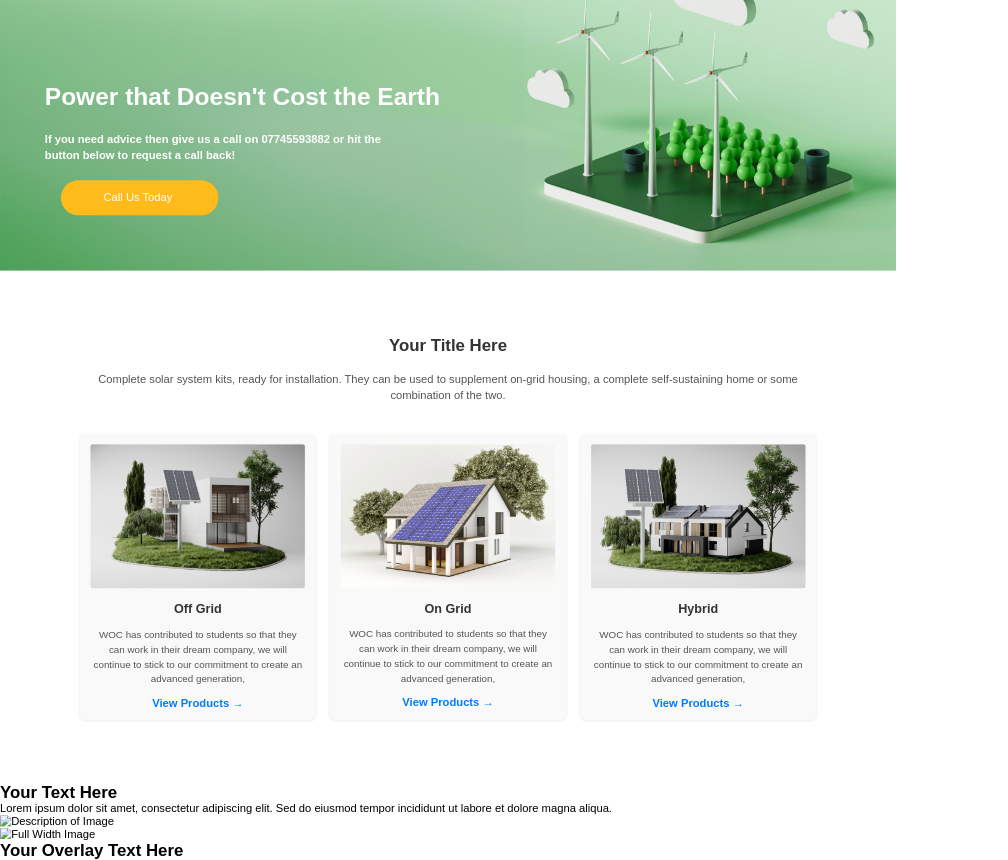
Repository: MaramNabil872/Landing-Page
Page: landingPage.html
An editor plug-in stored every save of this project. The page is shown before and after a run of saves, followed by the edit.
The browser window is 1280 px wide. The page is 1280 px wide, then 1440 px, so the pictures cover 1440 px, including what lies to the right of the window. The pictures show the part of the page from y = 1491 to 3211 px (the page is 2720 px tall before and 3211 px after), at 70% of full size.

Above is the page before, as saved 2024-10-20 22:12:16.
Not found: your-full-width-image.jpg
Not found: your-image.jpg

### landingPage.html
<!DOCTYPE html>
<html lang="en">
    <head>
        <meta charset="UTF-8" />
        <meta name="viewport" content="width=device-width, initial-scale=1.0" />
        <title>Landing Page</title>
        <link rel="stylesheet" href="landingPage.css" />
    </head>
    <body>
        <nav class="navbar">
            <div class="logo">MyLogo</div>

            <ul class="nav-links">
                <li><a href="#home">Home</a></li>
                <li><a href="#about">About</a></li>
                <li><a href="#services">Services</a></li>
                <li><a href="#contact">Contact</a></li>
            </ul>
            <div class="call">
                <p>call us</p>
                <h3>+2 01017345</h3>
            </div>
        </nav>

        <div class="image-container">
            <img
                src="images/solar-panels-meadow 1.png"
                alt="Background Image"
                class="background-image"
            />
            <div class="main-text">
                <h2 class="text-wallpaper">
                    Solar Panel Installers <br />
                    In Plymouth
                </h2>
                <br />
                <p class="text-paragraph">
                    Fueled is an award-winning technology consultancy that
                    transforms <br />
                    businesses by generating ideas, building products, and
                    accelerating<br />
                    growth.
                </p>
                <div class="button-container">
                    <button class="button-wallpaper1">Call Us Today</button>
                    <button class="button-wallpaper2">
                        Requst a call back
                    </button>
                </div>
            </div>
        </div>

        <!-- first container -->

        <div class="container1">
            <div class="text-container1">
                <p class="title-container1">
                    The Friendliest Installers <br />in the South-West
                </p>
                <p class="paragraph-container1">
                    At Solidarity Solar our aims are to help our customers
                    towards a sustainable future and genuinely care about the
                    quality of products we use for our installs. We never sell
                    you equipment you don't need and will always advise to the
                    best of our ability, No hard sell or pushy sales tactics
                    ever. We take pride in our work and do our best to make sure
                    that we meet, or exceed, our customers' expectations.
                </p>
                <div class="last-container1">
                    <p>
                        <span class="number-container1">01/ </span>Collaborate
                        with 100+ leading
                    </p>
                    <p>
                        <span class="number-container1">02/ </span> 100+ leading
                        universities and companies
                    </p>
                    <p>
                        <span class="number-container1">03/ </span> leading
                        universities and companies
                    </p>
                    <p>
                        <span class="number-container1">04/ </span> universities
                        and companies
                    </p>
                </div>
            </div>
            <div class="image-container1">
                <img src="images/Rectangle 30.png" alt="solar" />
            </div>
        </div>

        <!-- second section -->

        <div class="section2">
            <img src="images/middle.png" alt="img" />
            <div class="main-text">
                <h2 class="section2-text">Power that Doesn't Cost the Earth</h2>
                <h6 class="section2-paragraph">
                    If you need advice then give us a call on 07745593882 or hit
                    the <br />
                    button below to request a call back!
                </h6>
                <button class="button-wallpaper2">Call Us Today</button>
            </div>
        </div>

        <!-- third section -->

        <div class="white-container">
            <h2 class="title">Your Title Here</h2>
            <p class="text">
                Complete solar system kits, ready for installation. They can be
                used to supplement on-grid housing, a complete self-sustaining
                home or some combination of the two.
            </p>

            <div class="card-container">
                <div class="card">
                    <img src="images/1.png" alt="Image 2" class="card-image" />
                    <h3 class="card-title">Off Grid</h3>
                    <p class="card-text">
                        WOC has contributed to students so that they can work in
                        their dream company, we will continue to stick to our
                        commitment to create an advanced generation,
                    </p>
                    <a href="#" class="card-link">View Products →</a>
                </div>
                <div class="card">
                    <img
                        src="images/solar-panels-meadow 2 (1).png"
                        alt="Image 3"
                        class="card-image"
                    />
                    <h3 class="card-title">On Grid</h3>
                    <p class="card-text">
                        WOC has contributed to students so that they can work in
                        their dream company, we will continue to stick to our
                        commitment to create an advanced generation,
                    </p>
                    <a href="#" class="card-link">View Products →</a>
                </div>
                <div class="card">
                    <img
                        src="images/solar-panels-meadow 3.png"
                        alt="Image 1"
                        class="card-image"
                    />
                    <h3 class="card-title">Hybrid</h3>
                    <p class="card-text">
                        WOC has contributed to students so that they can work in
                        their dream company, we will continue to stick to our
                        commitment to create an advanced generation,
                    </p>
                    <a href="#" class="card-link">View Products →</a>
                </div>
            </div>
        </div>

        <!-- forth section -->

        <div class="container">
            <div class="text-section">
                <h2>Your Text Here</h2>
                <p>Lorem ipsum dolor sit amet, consectetur adipiscing elit. Sed do eiusmod tempor incididunt ut labore et dolore magna aliqua.</p>
            </div>
            <div class="image-section">
                <img src="your-image.jpg" alt="Description of Image">
            </div>
        </div>

        <div class="full-width-image">
            <img src="your-full-width-image.jpg" alt="Full Width Image">
            <div class="overlay-text">
                <h2>Your Overlay Text Here</h2>
            </div>
        </div>

    </body>
</html>

### landingPage.css
* {
    margin: 0;
    padding: 0;
    box-sizing: border-box; /* Added for consistent sizing */
}

body {
    font-family: Arial, sans-serif;
}
@media (max-width: 480px) {
    .text-overlay {
        font-size: 1.2rem; /* Even smaller text size for very small screens */
    }

    .call h3 {
        font-size: 1.2rem; /* Adjust call size for small screens */
    }
}
@media (max-width: 768px) {
    .navbar {
        flex-direction: column; /* Stack items vertically */
        align-items: flex-start; /* Align items to the left */
    }

    .nav-links {
        margin-top: 10px; /* Space between navbar and links */
    }

    .nav-links li {
        margin-left: 0;
        margin-bottom: 10px; /* Space between links */
    }

    .text-overlay {
        font-size: 1.5rem; /* Smaller text size for mobile */
    }
}


.navbar {
    background-color: #0b9586;
    display: flex;
    justify-content: space-between;
    align-items: center;
    padding: 10px 20px;
    position: relative;
    flex-wrap: wrap; /* Allow items to wrap on smaller screens */
}

.logo {
    color: #fff;
    font-size: 24px;
}

.nav-links {
    list-style: none;
    display: flex;
    flex-wrap: wrap; /* Allow links to wrap on smaller screens */
}

.nav-links li {
    margin-left: 20px;
}

.nav-links a {
    text-decoration: none;
    color: white;
    font-size: 18px;
    transition: color 0.3s;
}

.nav-links a:hover {
    color: #f0a500;
}

.call {
    color: #fff;
    text-align: right; /* Align text to the right */
}

.image-container {
    position: relative;
    width: 100%;
    height: 100vh;
    overflow: hidden;
}

.background-image {
    width: 100%;
    height: 100%;
    object-fit: cover;
}
.main-text{
    position: absolute;
    top: 40%;
    left:5%;
}
.text-wallpaper {


    color: white;
    font-size: 52px;
    font-weight: bold;
    text-shadow: 2px 2px 4px rgba(0, 0, 0, 0.5);
}
.text-paragraph{
    color: white;
    font-size:  20px;

}
.button-container{
    display: flex;
}
.button-wallpaper1 {
    background-color: #0b9586;
    color: white;
    border: none;
    border-radius: 20em;
    padding: 0.8em 1.5em 0.8em 1.2em;
    width: 40%;
    margin: 4%;
    height: 50px;
    font-size: 16px;
    cursor: pointer;
    align-items: center;

}
.button-wallpaper2 {
    background-color:  #FFBB1C;
    ;
    color: white;
    border: none;
    border-radius: 20em;
    padding: 0.8em 1.5em 0.8em 1.2em;
    width: 40%;
    margin: 4%;
    height: 50px;
    font-size: 16px;
    cursor: pointer;
    align-items: center;

}

.container1 {
    display: flex;
    background-color: white;
    padding-top: 10%;
    border-radius: 8px;
    max-width: 1200px;
    margin: 20px auto;


}
.title-container1{
    font-size: 40px;
    font-weight: bold;


}
.text-container1 {
   flex:1;
    padding-right:5%;
padding-left: 5%;}
.paragraph-container1{
    margin-top: 5%;
    line-height: 1.3;
}

.last-container1{
    font-size: 20px;
    font-weight: bold;
    padding-top: 10%;
    line-height: 1.6;
    .number-container1{
        color:#84BD3A;
        ;
    }
}
.image-container1 {
   flex:1
}

.image-container1 img {
    width: 75%;
    height: auto;
    border-radius: 8px;
}


.section2 {
    position: relative;
    width: 100%;
    overflow: hidden;
}

.section2 img {
    width: 100%;
    height: auto; }

.section2-text {
font-size: 35px;
    color: white;

}
.section2-paragraph{
    padding-top: 5%;
    line-height: 1.5;

    font-size: 16px;
    color: white;
}

/* third section */
.white-container {
    background-color: white;
    padding: 5%;
    max-width: 1200px;
    margin: 2% auto;
}

.title {
    margin-bottom: 2%;
    font-size: 24px;
    color: #333;
    text-align: center;

}

.text {
    margin-bottom: 2%;
    font-size: 16px;
    color: #555;
    line-height: 1.5;
    text-align: center;
}

.card-container {
    display: flex;
    justify-content: space-between;
    margin-top: 4%;
}

.card {
    background-color: #f9f9f9;
    border-radius: 8px;
    box-shadow: 0 1px 4px rgba(0, 0, 0, 0.1);
    padding: 15px;
    text-align: center;
    flex: 1;
    margin: 0 10px;
}

.card-image {
    width: 100%;
    height: auto;
    border-radius: 4px;
}

.card-title {
    font-size: 18px;
    color: #333;
    margin-top: 5%;

}

.card-text {
    font-size: 14px;
    color: #555;
    margin-top: 5%;
    margin-bottom: 5%;
    line-height: 1.5;

}

.card-link {
    text-decoration: none;
    color: #007bff;
    font-weight: bold;
}

.card-link:hover {
    text-decoration: underline;
}
@media (max-width: 768px) {
    .card-container {
        flex-direction: column;
    }

    .card {
        flex: 1 1 100%;
        max-width: 100%;
        margin: 10px 0;
    }
}

After the next 3 saves:
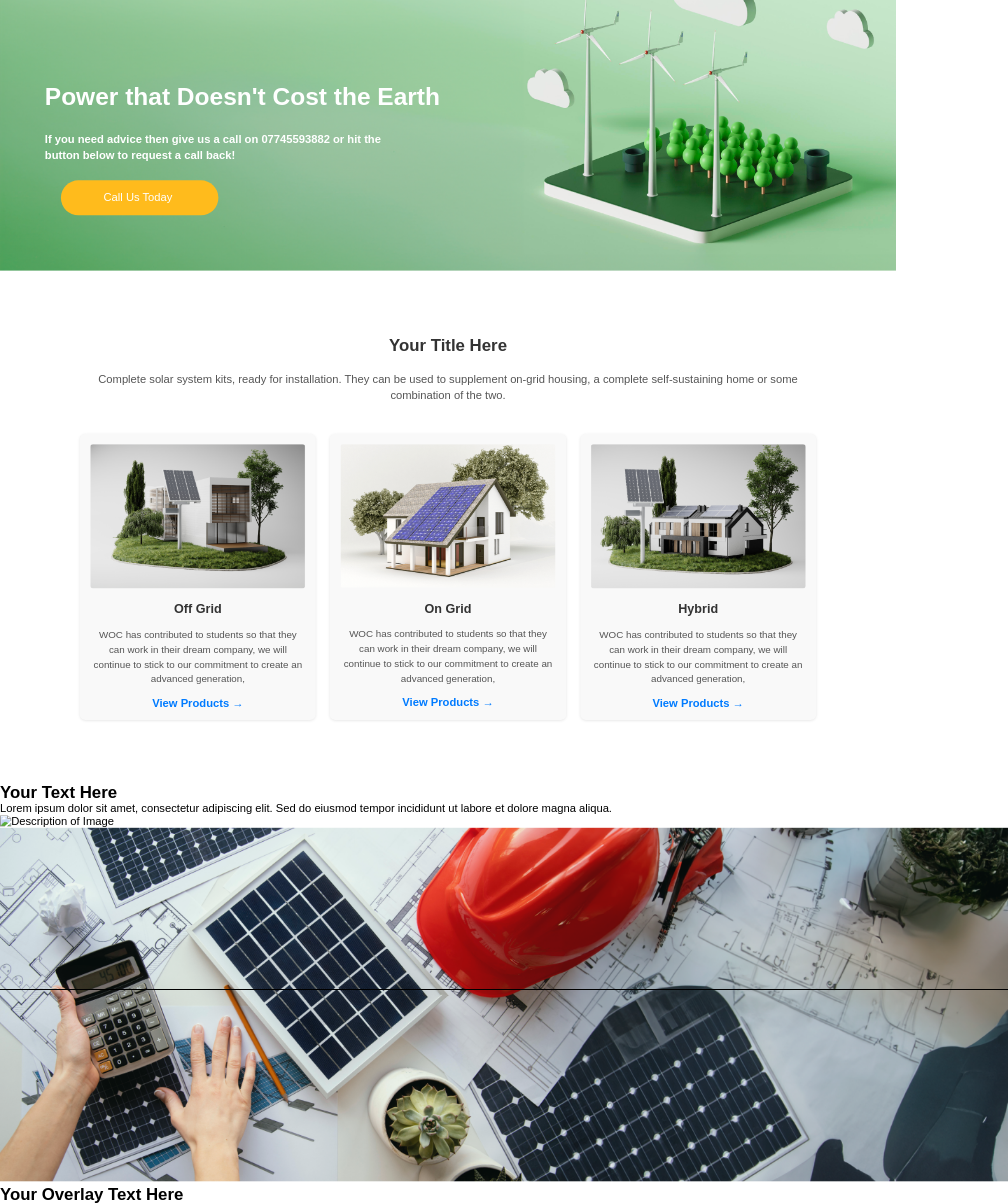
The 3 saves are shown as one change because they came seconds apart.
The last was saved 25 s later.
--- a/landingPage.html
+++ b/landingPage.html
@@ -170,7 +170,7 @@
         </div>
 
         <div class="full-width-image">
-            <img src="your-full-width-image.jpg" alt="Full Width Image">
+            <img src="images/8116 1 (1).png" alt="Full Width Image">
             <div class="overlay-text">
                 <h2>Your Overlay Text Here</h2>
             </div>
